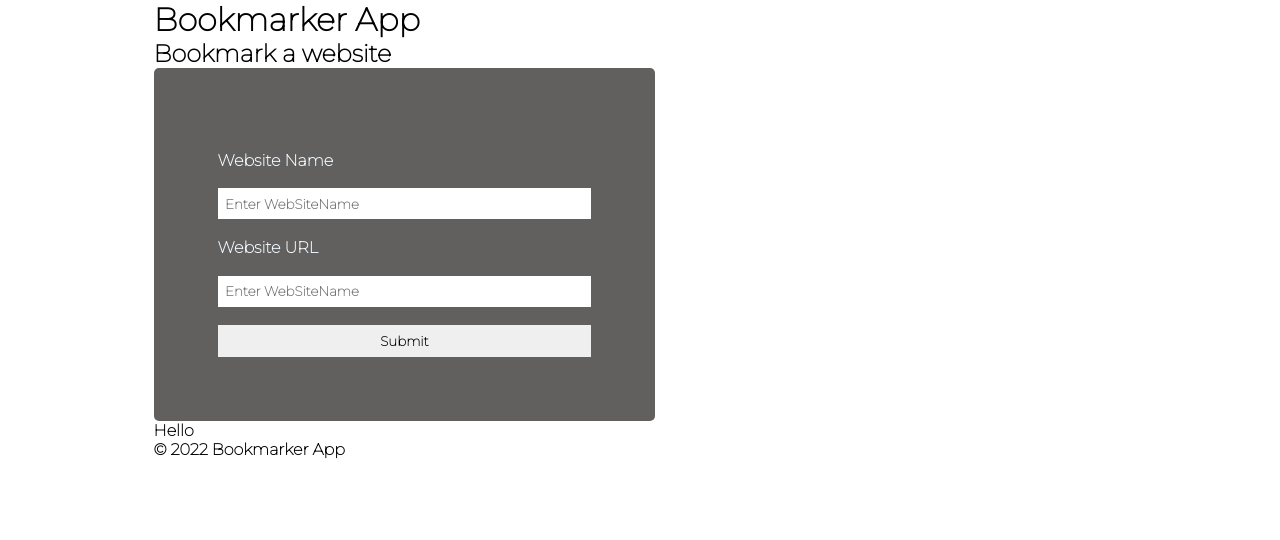
Repository: Suporl9/BookMarkerApp
Page: index.html
These files come from the project's save history. The page is drawn as it stood at one moment and after the next save; the edit follows.
The browser window is 1280 px wide. The pictures show the whole page.

Above is the page before, as saved 2021-11-21 20:52:50.

After the next save:
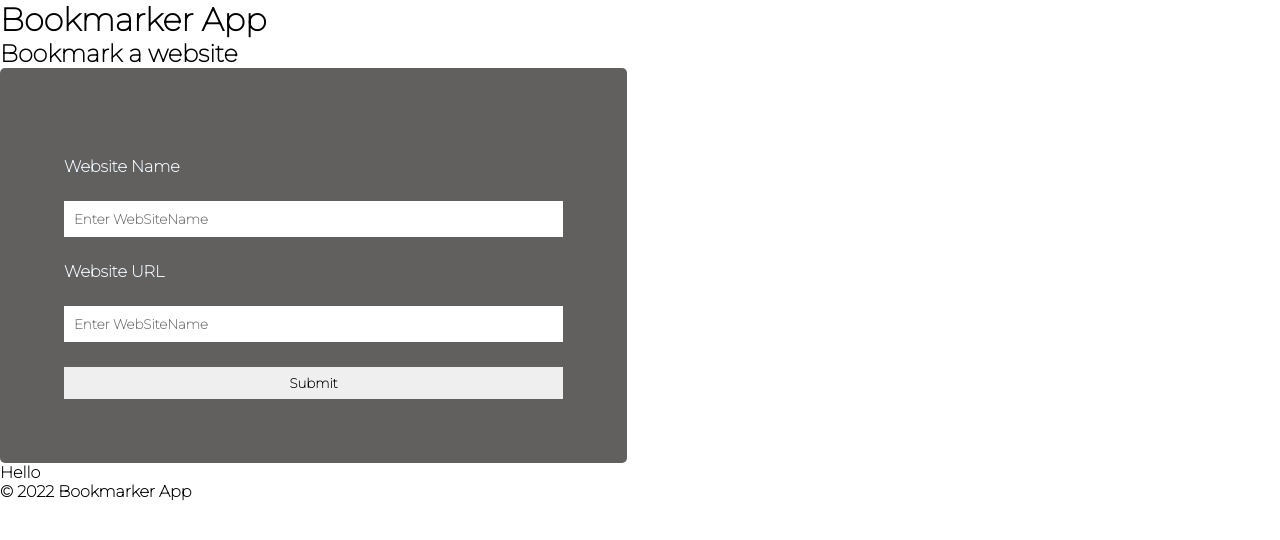
Saved 76 s later.
--- a/style.css
+++ b/style.css
@@ -17,9 +17,9 @@
   /* background-color: var(--main-bg-color); */
   font-family: "Montserrat", sans-serif;
   /* margin: auto; */
-  width: 80%;
+  /* width: 80%;
   display: flex;
-  justify-content: center;
+  justify-content: center; */
 }
 .innerContainer,
 .formSec {
